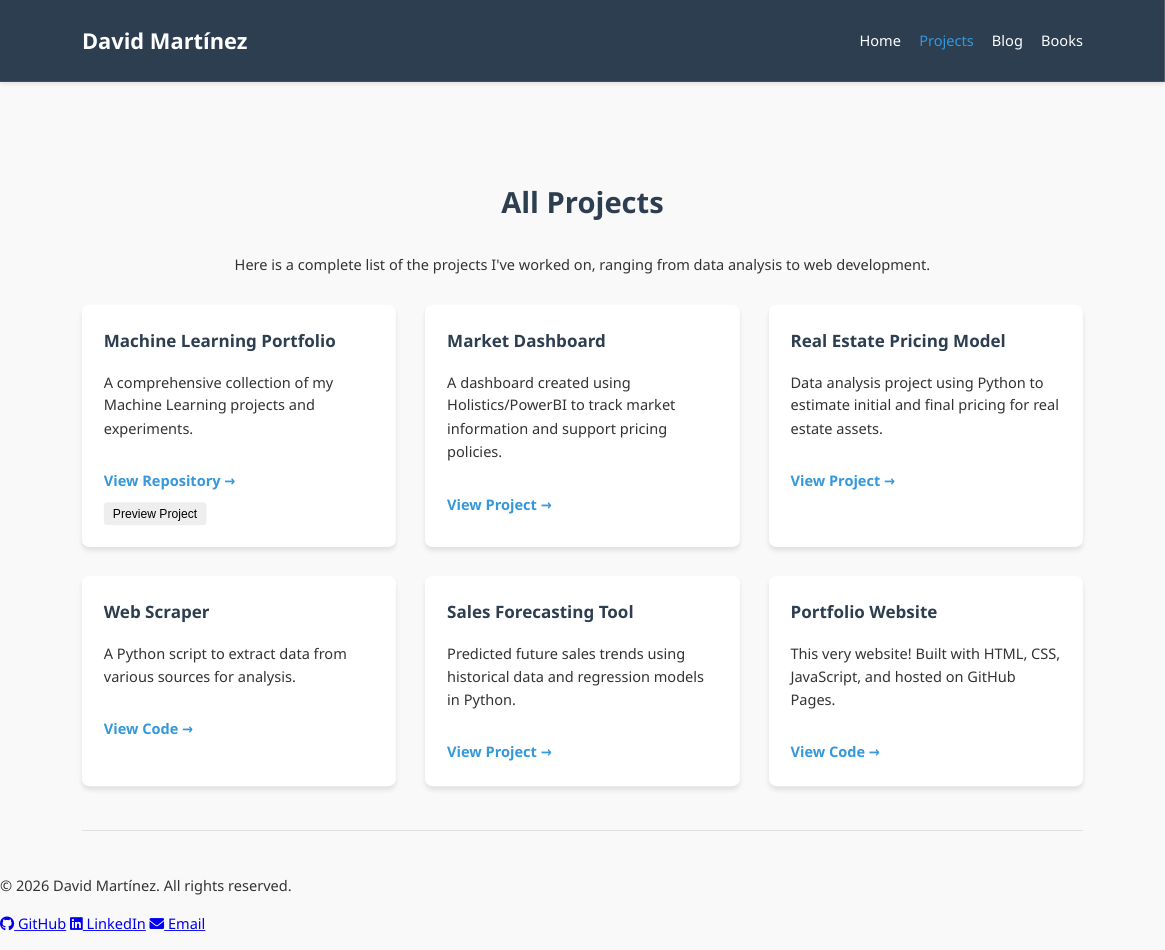
Repository: davidsmv/davidsmv.github.io
Page: projects.html
These files come from the project's save history. The page is drawn as it stood at one moment and after the next save; the edit follows.
The browser window is 1280 px wide. The pictures show the whole page, at 91% of full size.
The page's requests for data from a server got no answer.

Above is the page before, as saved 2026-01-19 17:21:54.

After the next save:
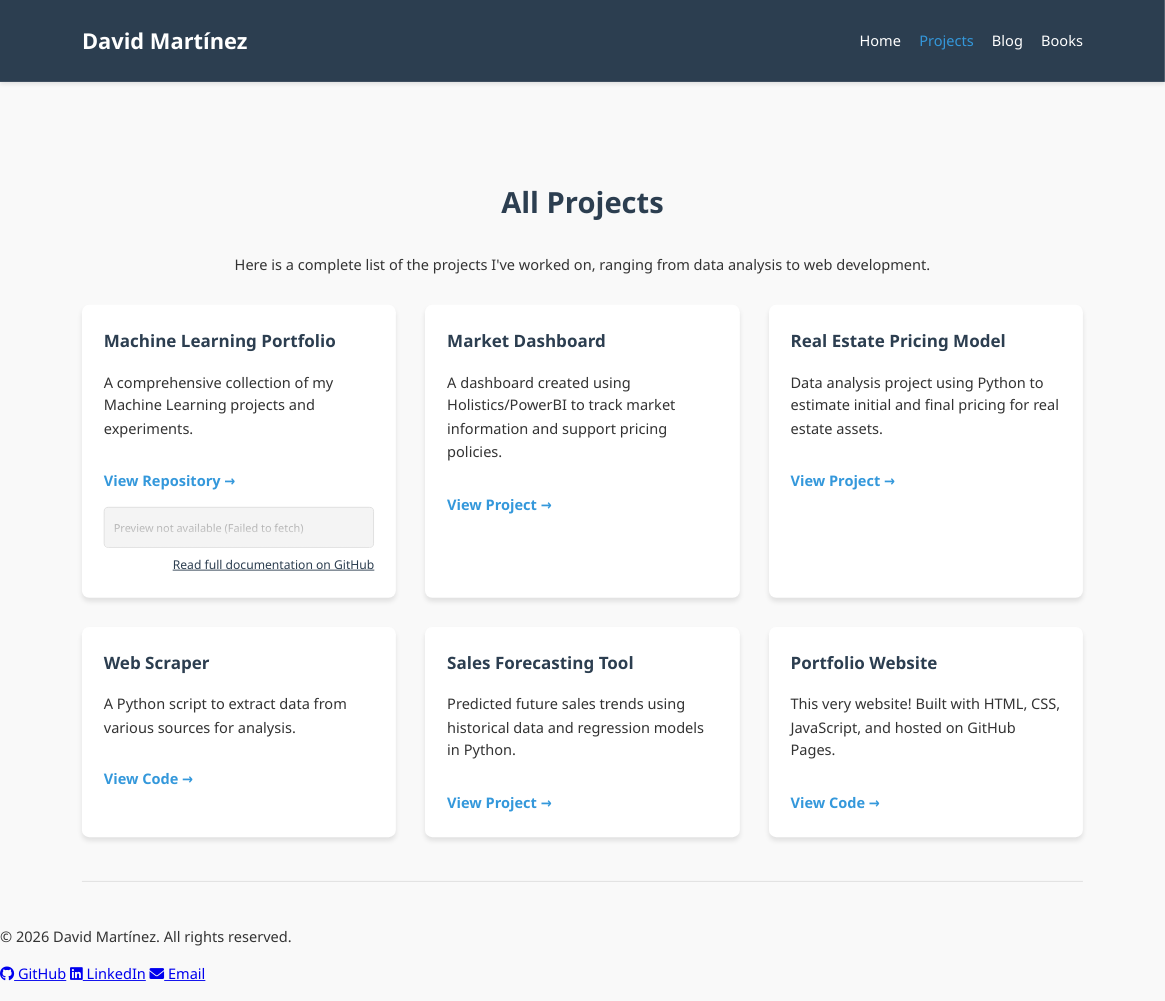
Saved 12 s later.
--- a/js/scripts.js
+++ b/js/scripts.js
@@ -2,64 +2,25 @@
 // LOGIC SECTION - DO NOT EDIT UNLESS NECESSARY
 // ============================================
 
-// Initialize Modal once when the script loads
-document.addEventListener('DOMContentLoaded', () => {
-    // Inject Modal HTML into the body
-    const modalHtml = `
-        <div id="previewModal" class="modal">
-            <div class="modal-content">
-                <span class="close-modal">&times;</span>
-                <div id="modalBody" class="markdown-body">
-                    Loading...
-                </div>
-            </div>
-        </div>
-    `;
-    document.body.insertAdjacentHTML('beforeend', modalHtml);
+// Helper function to fetch and render README
+async function loadReadme(url, elementId) {
+    const element = document.getElementById(elementId);
+    if (!element) return;
 
-    // Close modal logic
-    const modal = document.getElementById("previewModal");
-    const span = document.getElementsByClassName("close-modal")[0];
+    try {
+        const response = await fetch(url);
+        if (!response.ok) throw new Error("Failed to load");
+        const text = await response.text();
 
-    if (span) {
-        span.onclick = function() {
-            modal.style.display = "none";
+        // Use marked to parse, or fallback to text
+        if (typeof marked !== 'undefined') {
+            element.innerHTML = marked.parse(text);
+        } else {
+            element.innerText = text;
         }
+    } catch (error) {
+        element.innerHTML = `<small style="color: #666;">Preview not available (${error.message})</small>`;
     }
-
-    window.onclick = function(event) {
-        if (event.target == modal) {
-            modal.style.display = "none";
-        }
-    }
-});
-
-function openPreview(readmeUrl) {
-    const modal = document.getElementById("previewModal");
-    const modalBody = document.getElementById("modalBody");
-
-    if (!modal || !modalBody) return;
-
-    modal.style.display = "block";
-    modalBody.innerHTML = "Loading preview...";
-
-    fetch(readmeUrl)
-        .then(response => {
-            if (!response.ok) throw new Error("Could not fetch README");
-            return response.text();
-        })
-        .then(text => {
-            // Using marked.js to convert markdown to HTML
-            // Check if marked is available
-            if (typeof marked !== 'undefined') {
-                 modalBody.innerHTML = marked.parse(text);
-            } else {
-                 modalBody.innerHTML = "<p>Error: Markdown parser not loaded.</p><pre>" + text + "</pre>";
-            }
-        })
-        .catch(err => {
-            modalBody.innerHTML = `<p>Error loading preview: ${err.message}</p>`;
-        });
 }
 
 function renderProjects(containerId, limit = null) {
@@ -69,10 +30,23 @@ function renderProjects(containerId, limit = null) {
     // Use projectsData from data/projects.js
     const dataToRender = limit ? projectsData.slice(0, limit) : projectsData;
 
-    container.innerHTML = dataToRender.map(project => {
-        let previewButton = '';
+    container.innerHTML = dataToRender.map((project, index) => {
+        // Create unique ID for the readme container
+        const readmeId = `readme-${containerId}-${index}`;
+
+        let readmeSection = '';
         if (project.readmeUrl) {
-            previewButton = `<button onclick="openPreview('${project.readmeUrl}')" style="margin-top: 10px; padding: 5px 10px; background: #eee; border: none; border-radius: 4px; cursor: pointer;">Preview Project</button>`;
+            readmeSection = `
+                <div id="${readmeId}" class="project-readme-preview">
+                    Loading preview...
+                </div>
+                <div style="text-align: right; margin-top: 5px;">
+                    <small><a href="${project.link}" target="_blank" style="color: var(--primary-color);">Read full documentation on GitHub</a></small>
+                </div>
+            `;
+
+            // Trigger fetch after a slight delay to allow DOM update
+            setTimeout(() => loadReadme(project.readmeUrl, readmeId), 0);
         }
 
         return `
@@ -80,8 +54,7 @@ function renderProjects(containerId, limit = null) {
             <h3>${project.title}</h3>
             <p>${project.description}</p>
             <a href="${project.link}" class="project-link">${project.linkText} &rarr;</a>
-            <br>
-            ${previewButton}
+            ${readmeSection}
         </div>
     `}).join('');
 }
